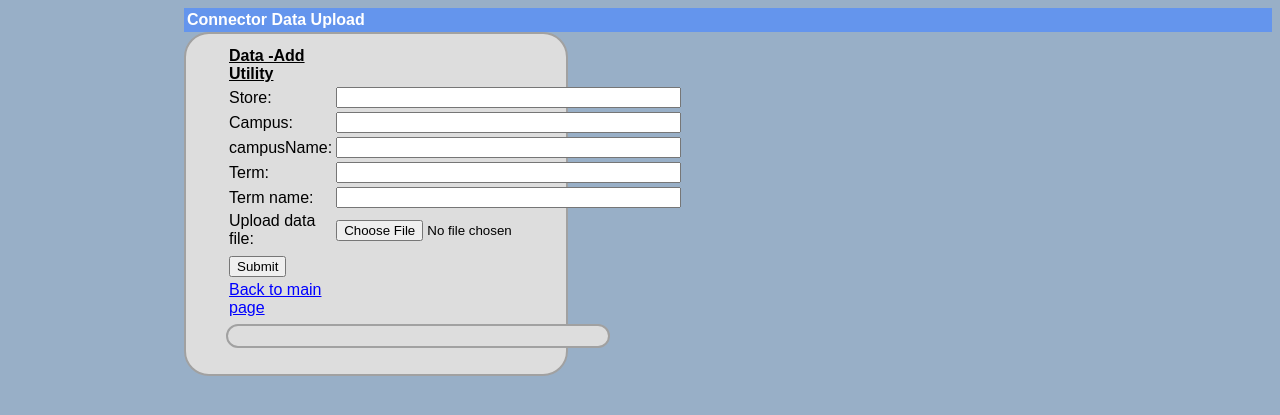
Repository: caditya/Dataupload
Page: http://localhost/connectordata/WEB-INF/views/datainput.jsp
An editor plug-in stored every save of this project. The page is shown before and after the next save, followed by the edit.
The browser window is 1280 px wide. The pictures show the whole page.
Some web libraries are served in a nearby version. The page is served by Tomcat 9. Nobody is signed in. The template is opened directly, without the code that normally fills it, so the values that code supplies are empty.

Above is the page before, as saved 2014-07-21 19:42:43.

After the next save:
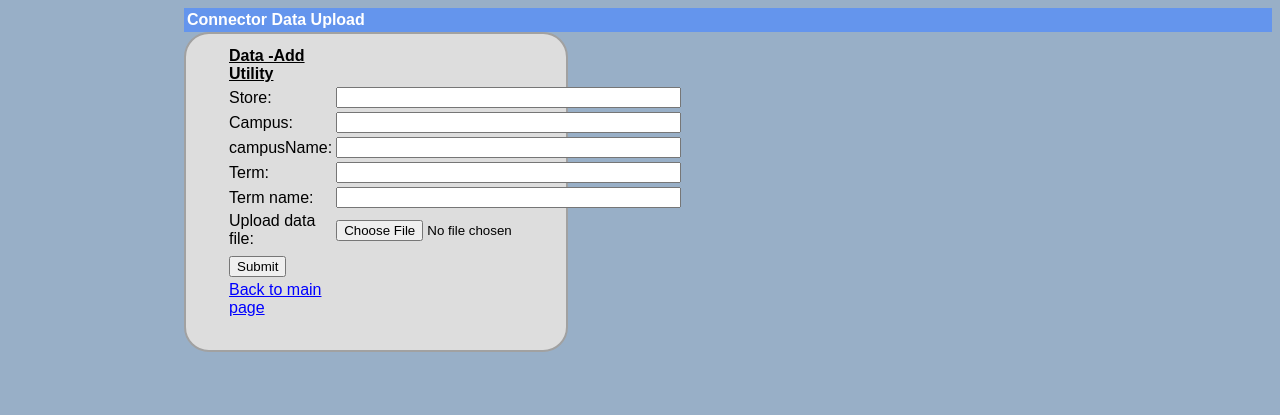
Saved 12 s later.
--- a/QAFileUpload/connectordata/src/main/webapp/WEB-INF/views/datainput.jsp
+++ b/QAFileUpload/connectordata/src/main/webapp/WEB-INF/views/datainput.jsp
@@ -136,9 +136,9 @@ function createstart(){
 		</tr>
 
 		</table>
-	<div>
+
 	</form:form>
-
+	</div>
 
 
 </body>
